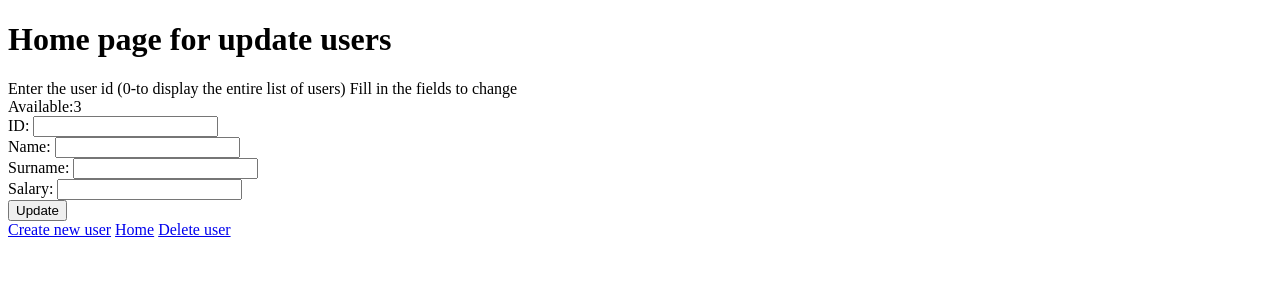
Repository: chistyakova-ann/NT
Page: http://localhost/myServlet/update.jsp
These files come from the project's save history. The page is drawn as it stood at one moment and after the next save; the edit follows.
The browser window is 1280 px wide. The pictures show the whole page.
The page is served by Tomcat 9. Other server files are loaded and not shown.

Above is the page before, as saved 2020-10-06 07:55:44.

### заглушки/users/eclipse-workspace/myServlet/WebContent/update.jsp
<%@ page import="logic.Model" %>

<%@ page language="java" contentType="text/html; charset=ISO-8859-1"
    pageEncoding="ISO-8859-1"%>
<!DOCTYPE html>
<html>
<head>
<meta charset="ISO-8859-1">
<title>Insert title here</title>
</head>
<body>
<h1>Home page for update users</h1>
Enter the user id (0-to display the entire list of users)
Fill in the fields to change
<br/>
Available:<%
Model model=Model.getInstance();
out.print(model.getFromList().size());
%>
<form method="post" action="put">
<label>ID:
<input type="text" name="id"><br/>
</label>
<label>Name:
<input type="text" name="name"><br/>
</label><label>Surname:
<input type="text" name="surname"><br/>
</label><label>Salary:
<input type="text" name="salary"><br/>
</label>
<button type="submit">Update</button>
</form>
<a href="addUser.html">Create new user</a>
<a href="index.jsp">Home</a>
<a href="delete.jsp">Delete user</a>
</body>
</html>

### заглушки/users/eclipse-workspace/myServlet/src/logic/User.java
package logic;

public class User {
private String name;
private String surname;
private String salary;

public User(String name, String surname, String salary) {
	this.name=name;
	this.surname=surname;
	this.salary=salary;
}
public void setName(String name) {
	this.name=name;
}
public String getName() {
	return name;
	}
public void setSurname(String surname) {
	this.surname=surname;
}
public String getSurname() {
	return surname;
	}
public void setSalary(String salary) {
	this.salary=salary;
}
public String getSalary() {
	return salary;
	}
}

After the next save:
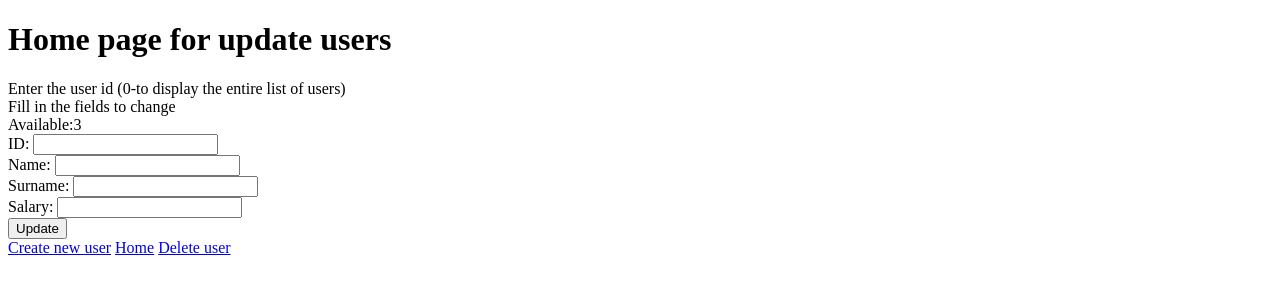
Saved 55 s later.
--- a/заглушки/users/eclipse-workspace/myServlet/WebContent/update.jsp
+++ b/заглушки/users/eclipse-workspace/myServlet/WebContent/update.jsp
@@ -10,7 +10,7 @@
 </head>
 <body>
 <h1>Home page for update users</h1>
-Enter the user id (0-to display the entire list of users)
+Enter the user id (0-to display the entire list of users)<br/>
 Fill in the fields to change
 <br/>
 Available:<%
